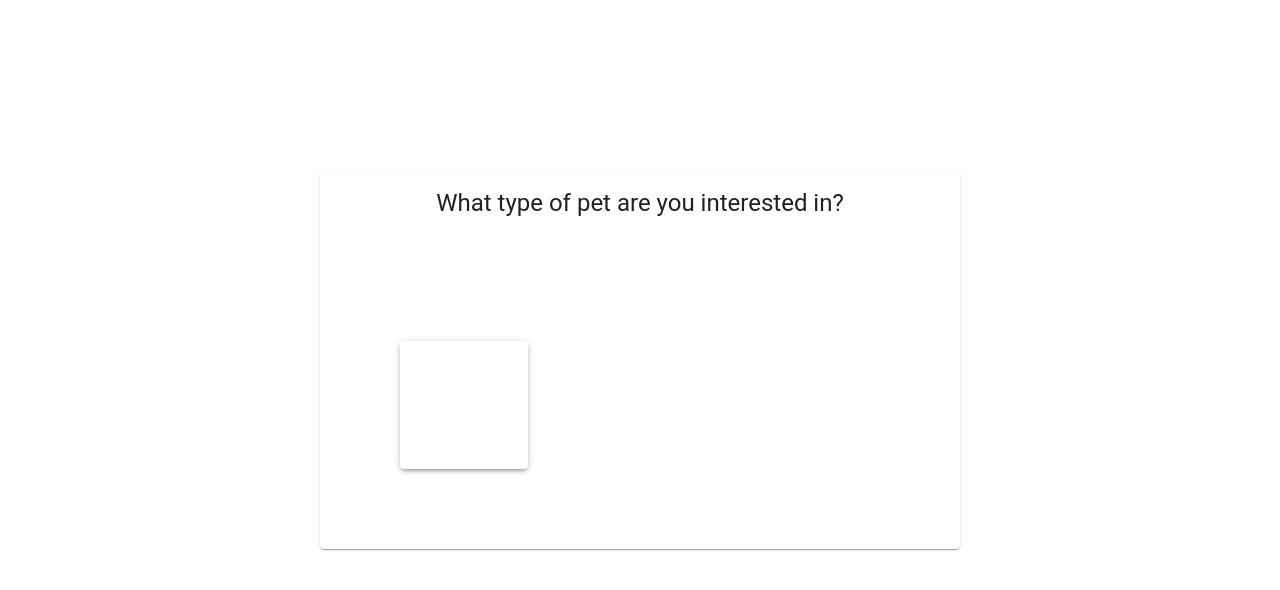
Repository: watthananick1/petstory
Page: /
These files come from the project's save history. The page is drawn as it stood at one moment and after the next save; the edit follows.
The browser window is 1280 px wide. The pictures show the whole page.
The project was rebuilt for these pictures with package versions that can differ from the ones it lists, and the page was loaded fresh each time.

Above is the page before, as saved 2023-03-25 14:23:42.

After the next save:
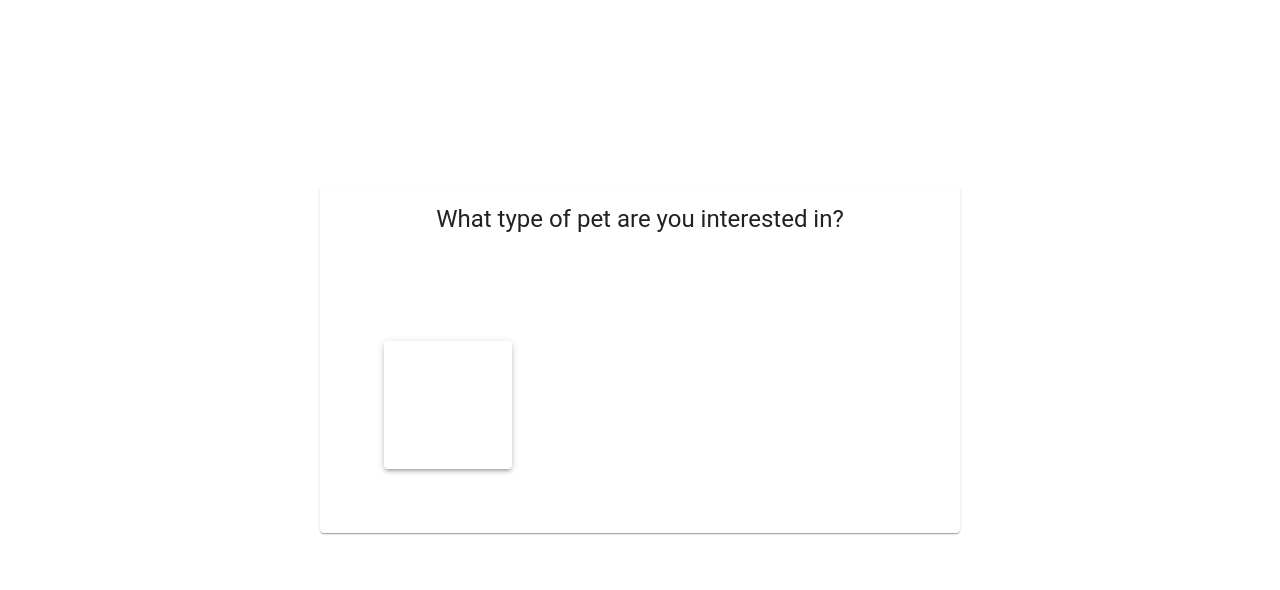
Saved 12 s later.
--- a/src/components/card-type-pet/card-type-pet.tsx
+++ b/src/components/card-type-pet/card-type-pet.tsx
@@ -101,7 +101,7 @@ export default function CardTypePet() {
                     display: 'flex',
                     flexWrap: 'wrap',
                     '& > :not(style)': {
-                      m: 10,
+                      m: 8,
                       width: 128,
                       height: 128,
                     },
